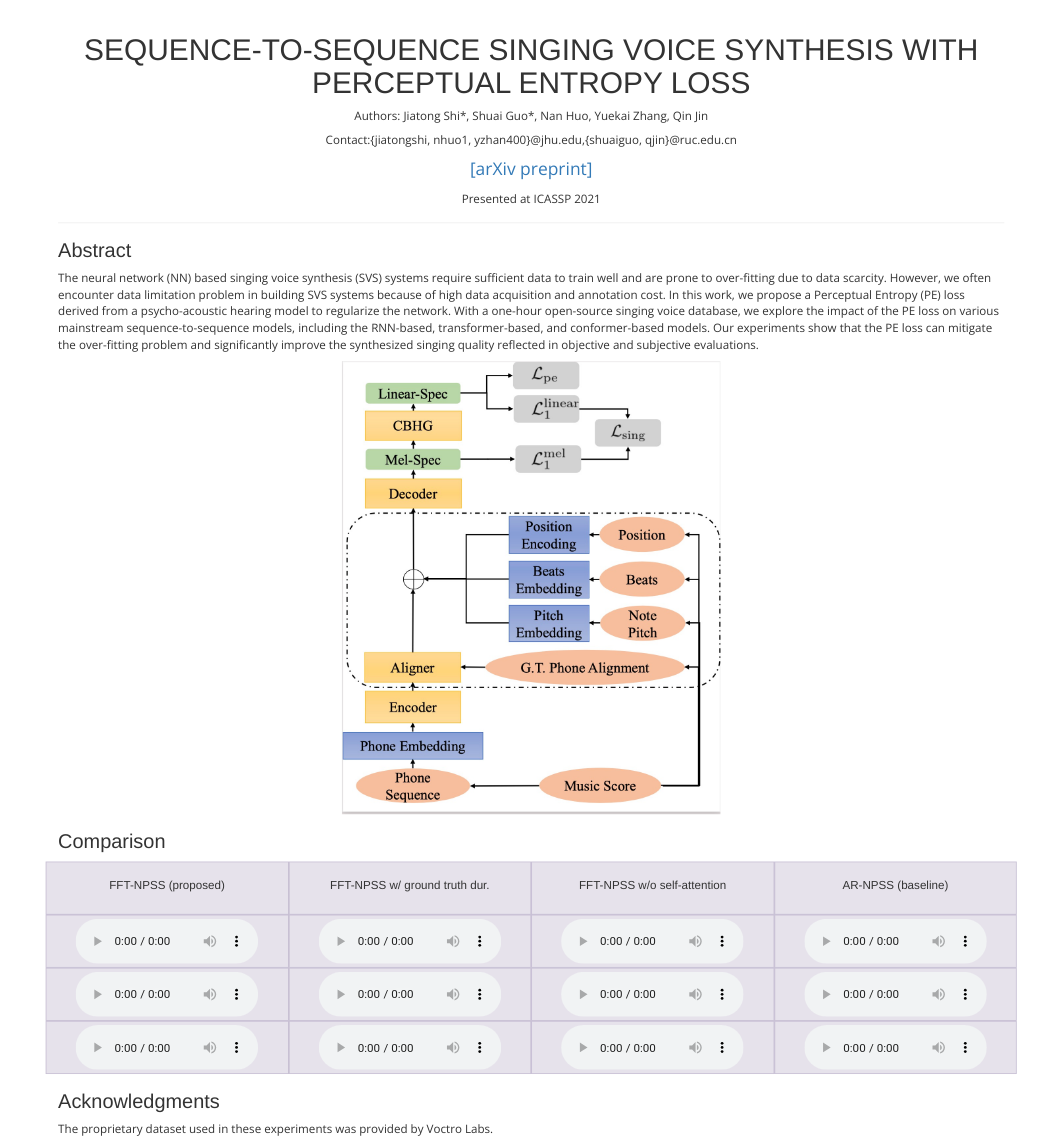
Repository: PeterGuoRuc/SVS_pe.github.io
Page: index.html
These files come from the project's save history. The page is drawn as it stood at one moment and after the next save; the edit follows.
The browser window is 1280 px wide. The pictures show the whole page, at 83% of full size.

Above is the page before, as saved 2021-06-06 16:56:44.

### index.html
<!DOCTYPE html>
<html lang="en">
  <head>
    <meta charset="utf-8">
    <meta http-equiv="X-UA-Compatible" content="IE=edge">
    <meta name="viewport" content="width=device-width, initial-scale=1">
    <meta name="description" content="">
    <meta name="author" content="">
    <link rel="shortcut icon" type="image/x-icon" href="../favicon.ico">

    <title>SEQUENCE-TO-SEQUENCE SINGING VOICE SYNTHESIS WITH PERCEPTUAL ENTROPY LOSS</title>

    <!-- Fonts -->
    <link href="https://fonts.googleapis.com/css?family=Abril+Fatface|Open+Sans" rel="stylesheet">

    <!-- Bootstrap core CSS -->
    <!--<link href="bootstrap/dist/css/bootstrap.min.css" rel="stylesheet">-->
    <link href="https://maxcdn.bootstrapcdn.com/bootstrap/3.3.7/css/bootstrap.min.css" rel="stylesheet">

    <!-- IE10 viewport hack for Surface/desktop Windows 8 bug -->
    <!--<link href="bootstrap/assets/css/ie10-viewport-bug-workaround.css" rel="stylesheet">-->
    <link href="https://maxcdn.bootstrapcdn.com/css/ie10-viewport-bug-workaround.css" rel="stylesheet">

    <!-- Custom styles for this template -->
    <link href="poster.css" rel="stylesheet">

    <!-- Just for debugging purposes. Don't actually copy these 2 lines! -->
    <!--[if lt IE 9]><script src="bootstrap/assets/js/ie8-responsive-file-warning.js"></script><![endif]-->
    <!--<script src="bootstrap/assets/js/ie-emulation-modes-warning.js"></script>-->

    <!-- HTML5 shim and Respond.js for IE8 support of HTML5 elements and media queries -->
    <!--[if lt IE 9]>
      <script src="https://oss.maxcdn.com/html5shiv/3.7.3/html5shiv.min.js"></script>
      <script src="https://oss.maxcdn.com/respond/1.4.2/respond.min.js"></script>
    <![endif]-->
  </head>

  <body>
    <div class="container">

      <div class="page-header">
        <h1>
          SEQUENCE-TO-SEQUENCE SINGING VOICE SYNTHESIS WITH PERCEPTUAL ENTROPY LOSS
        </h1>
        <p class="centered">
          Authors: Jiatong Shi*, Shuai Guo*, Nan Huo, Yuekai Zhang, Qin Jin
        </p>
        <p class="centered">
          Contact:{jiatongshi, nhuo1, yzhan400}@jhu.edu,{shuaiguo, qjin}@ruc.edu.cn
        </p>
        <p class="lead">
          <a class="lead_link" href="https://arxiv.org/abs/2010.12024">[arXiv preprint]</a>
        </p>
        <p class="centered">Presented at ICASSP 2021</p>
      </div>

      <h3>Abstract</h3>
      <p>The neural network (NN) based singing voice synthesis (SVS) systems require sufficient data to train well and are prone to over-fitting due to data scarcity.
        However, we often encounter data limitation problem in building SVS systems because of high data acquisition and annotation cost.
        In this work, we propose a Perceptual Entropy (PE) loss derived from a psycho-acoustic hearing model to regularize the network.
        With a one-hour open-source singing voice database, we explore the impact of the PE loss on various mainstream sequence-to-sequence models, including the RNN-based, transformer-based, and conformer-based models.
        Our experiments show that the PE loss can mitigate the over-fitting problem and significantly improve the synthesized singing quality reflected in objective and subjective evaluations.
      </p>

      <center><img src="files/svs_model.jpg"/ height="40%" width="40%"></center>

      <h3>Comparison</h3>
      <div class="row">
        <div class="col-md-3">FFT-NPSS (proposed)</div>
        <div class="col-md-3">FFT-NPSS w/ ground truth dur.</div>
        <div class="col-md-3">FFT-NPSS w/o self-attention</div>
        <div class="col-md-3">AR-NPSS (baseline)</div>
      </div>
      <div class="row">
        <div class="col-md-3"><audio src="files/1_Feel_4.mp3" controls></audio></div>
        <div class="col-md-3"><audio src="files/2_Feel_4.mp3" controls></audio></div>
        <div class="col-md-3"><audio src="files/3_Feel_4.mp3" controls></audio></div>
        <div class="col-md-3"><audio src="files/4_Feel_4.mp3" controls></audio></div>
      </div>
      <div class="row">
        <div class="col-md-3"><audio src="files/1_Feel_19.mp3" controls></audio></div>
        <div class="col-md-3"><audio src="files/2_Feel_19.mp3" controls></audio></div>
        <div class="col-md-3"><audio src="files/3_Feel_19.mp3" controls></audio></div>
        <div class="col-md-3"><audio src="files/4_Feel_19.mp3" controls></audio></div>
      </div>
      <div class="row">
        <div class="col-md-3"><audio src="files/1_Rio_8.mp3" controls></audio></div>
        <div class="col-md-3"><audio src="files/2_Rio_8.mp3" controls></audio></div>
        <div class="col-md-3"><audio src="files/3_Rio_8.mp3" controls></audio></div>
        <div class="col-md-3"><audio src="files/4_Rio_8.mp3" controls></audio></div>
      </div>

      <h3>Acknowledgments</h3>
      <p>The proprietary dataset used in these experiments was provided by Voctro Labs.</p>


    </div> <!-- /container -->


    <!-- IE10 viewport hack for Surface/desktop Windows 8 bug -->
    <!--<script src="bootstrap/assets/js/ie10-viewport-bug-workaround.js"></script>-->
    <script src="https://maxcdn.bootstrapcdn.com/js/ie10-viewport-bug-workaround.js"></script>
  </body>
</html>

### poster.css

p {
  font-family: 'Open Sans', sans-serif;
  margin: 10px 0 10px;
}

.lead_link {
  margin: 0 5px 0 5px;
}

.lead {
  text-align: center;
  margin-bottom: 0;
}

.centered {
  text-align: center;
}

.image_title {
  text-align: center;
}

img.figure {
  display: block;
  margin-left: auto;
  margin-right: auto;
  max-width: 100%;
}

h1 {
  /* font-family: 'Abril Fatface', cursive; */
  text-align: center;
}

h4 {
  margin-top: 25px;
}
.row {
  margin-bottom: 0px;
  position: relative;
}

/* vertically center audio players */
.row audio {
    position: absolute;
    top: 0;
    left: 0;
    bottom: 0;
    right: 0;
    margin: auto;
    display: block;
    width: 220px;
}

[class*="col-"] {
  padding-top: 17px;
  padding-bottom: 17px;
  background-color: #eee;
  background-color: rgba(86,61,124,.15);
  border: 1px solid #ddd;
  border: 1px solid rgba(86,61,124,.2);
  height: 64px;
  text-align: center;
}

hr {
  margin-top: 40px;
  margin-bottom: 40px;
}

After the next save:
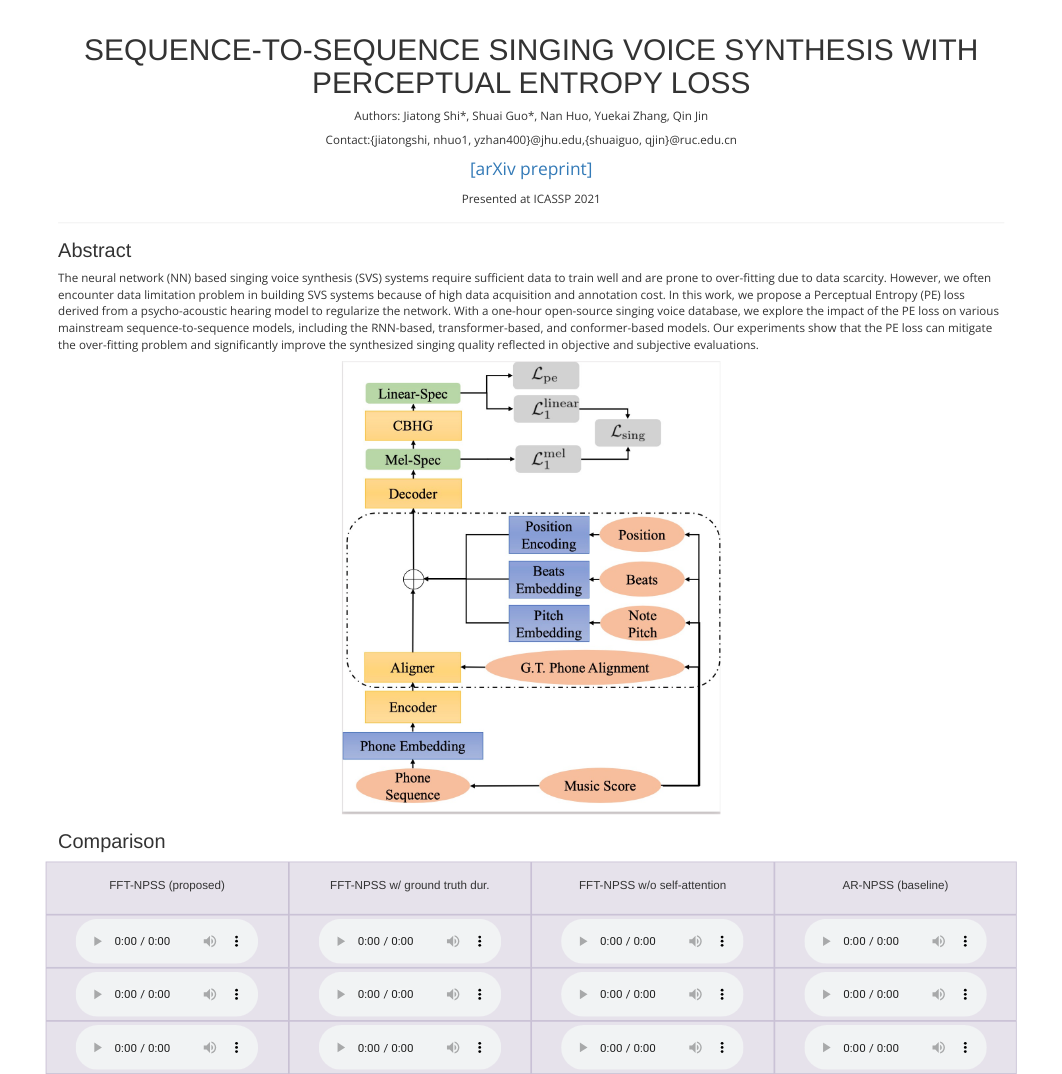
Saved 51 s later.
--- a/index.html
+++ b/index.html
@@ -90,8 +90,6 @@
         <div class="col-md-3"><audio src="files/4_Rio_8.mp3" controls></audio></div>
       </div>
 
-      <h3>Acknowledgments</h3>
-      <p>The proprietary dataset used in these experiments was provided by Voctro Labs.</p>
 
 
     </div> <!-- /container -->

After the save that followed:
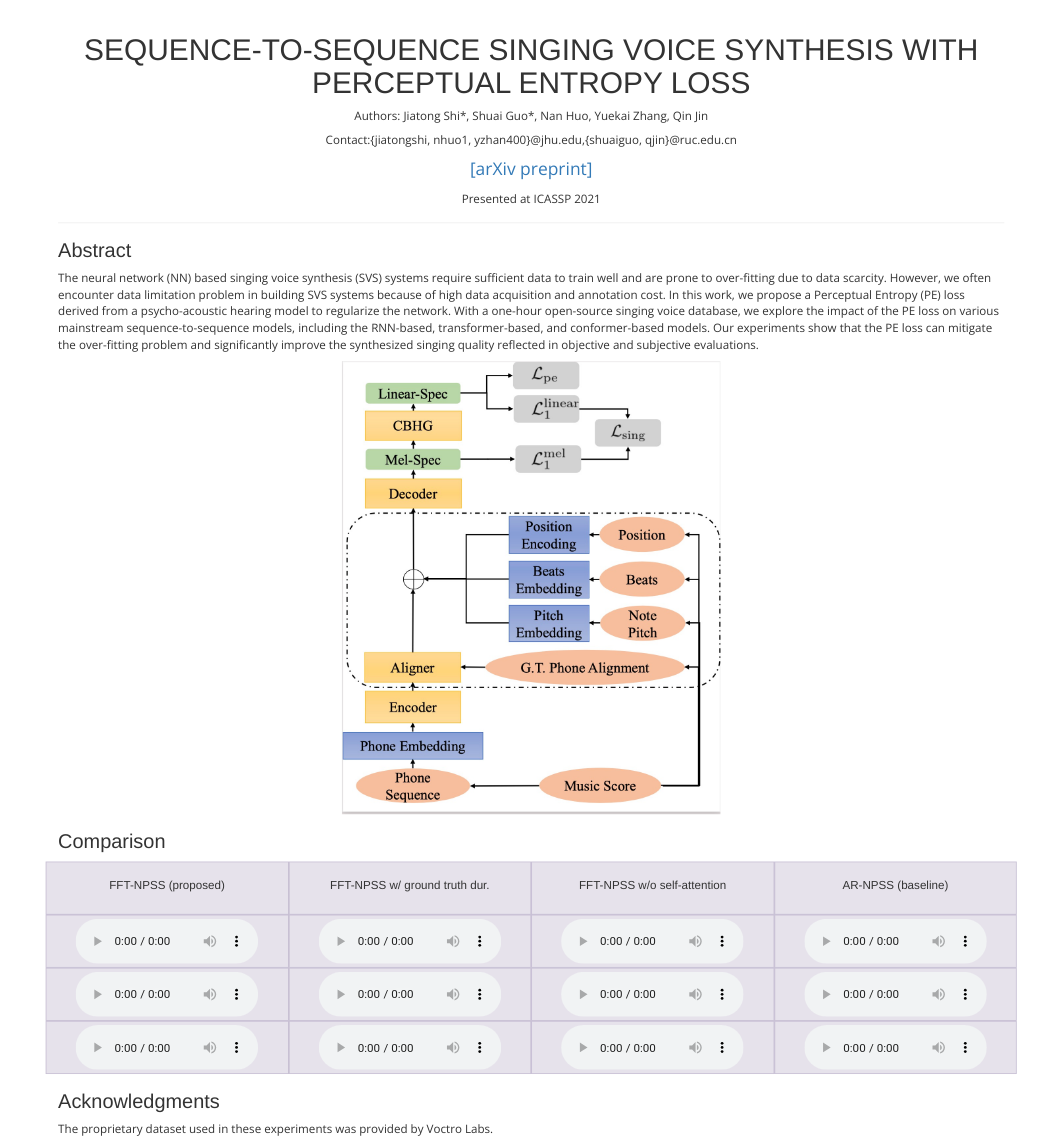
Saved 26 s later.
--- a/index.html
+++ b/index.html
@@ -90,6 +90,8 @@
         <div class="col-md-3"><audio src="files/4_Rio_8.mp3" controls></audio></div>
       </div>
 
+      <h3>Acknowledgments</h3>
+      <p>The proprietary dataset used in these experiments was provided by Voctro Labs.</p>
 
 
     </div> <!-- /container -->
